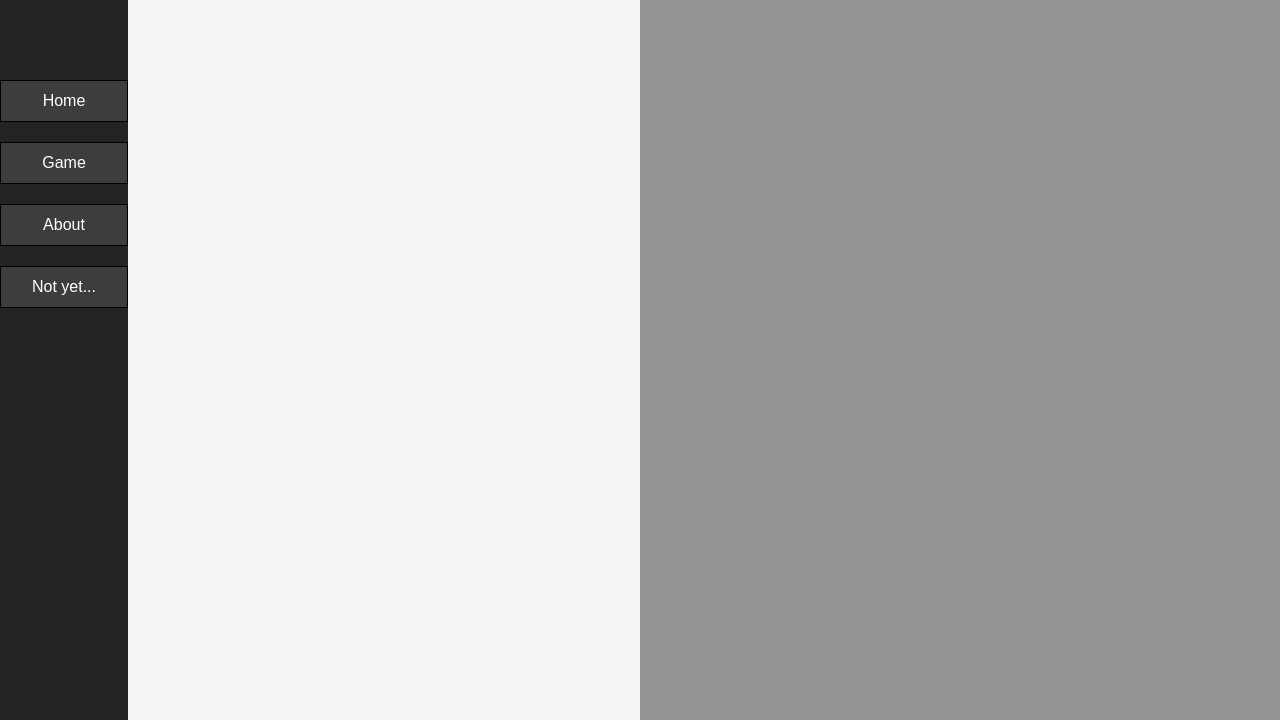
Repository: LaukiniXs/astronomia
Page: index.html
These files come from the project's save history. The page is drawn as it stood at one moment and after the next save; the edit follows.
The browser window is 1280 px wide. The pictures show the whole page.

Above is the page before, as saved 2020-05-18 14:53:45.

After the next save:
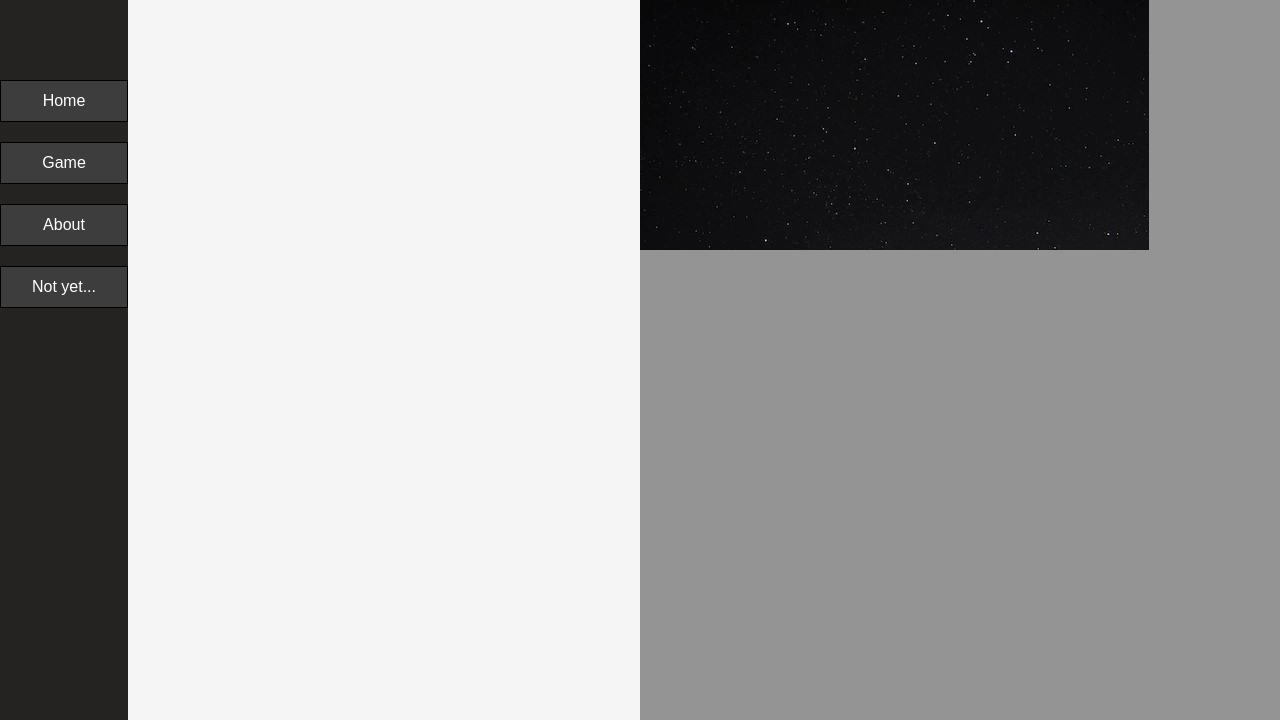
Saved 53 s later.
--- a/index.html
+++ b/index.html
@@ -14,7 +14,8 @@
 		</div>
 		<div id="clearFloat"></div>
 		<div id="textcontent1"></div>
-
+		<div id="clearFloat"></div>
+		<div><img src="./images/gameBackground.jpg"> </div>
 	</body>
 
 </html>
